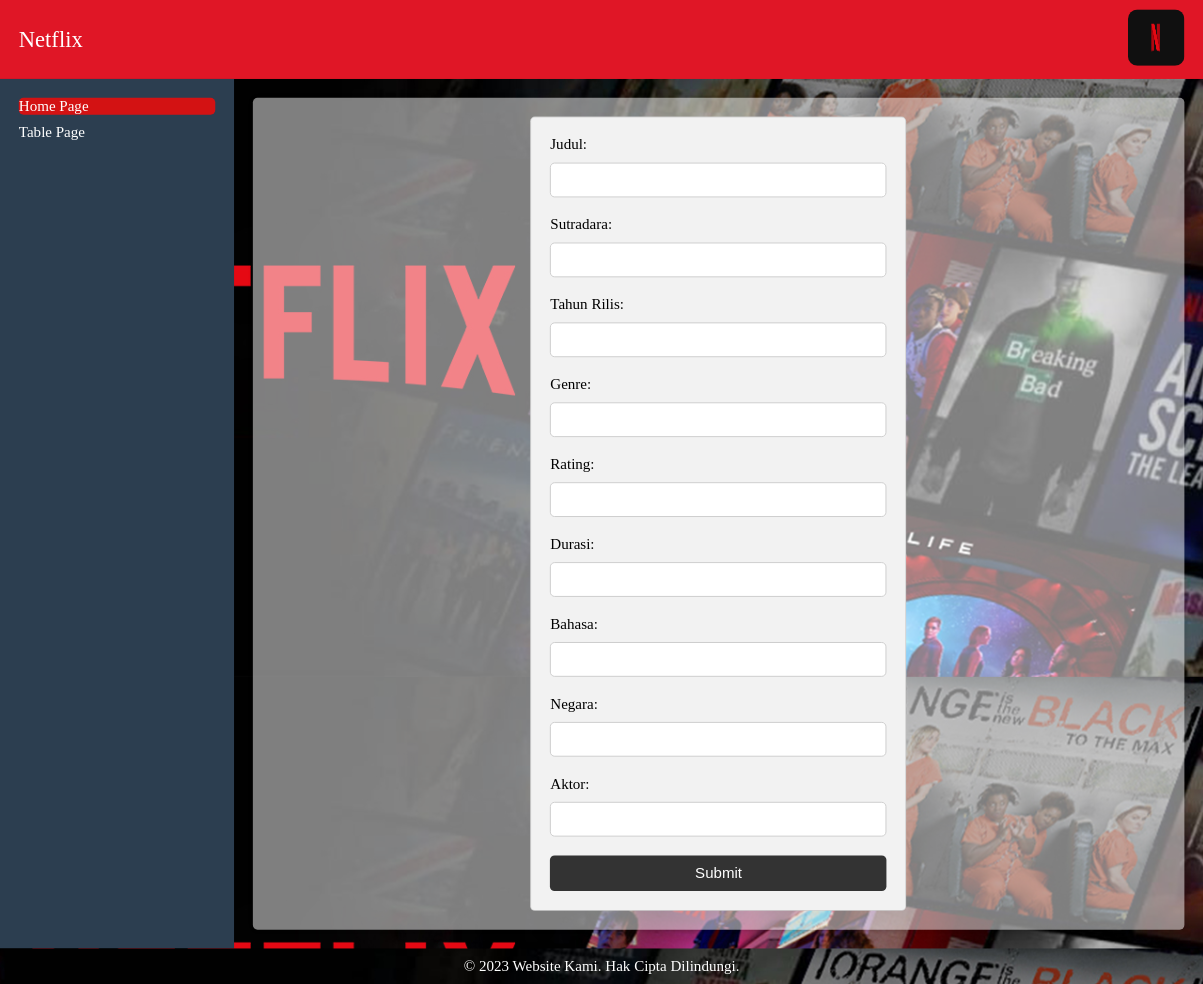
Repository: Nachtt-2021/12140022.github.io
Page: UTS/form.html
An editor plug-in stored every save of this project. The page is shown before and after the next save, followed by the edit.
The browser window is 1280 px wide. The pictures show the whole page, at 94% of full size.
The pointer rests on the first visible `.sidebar .menu`.

Above is the page before, as saved 2023-10-22 20:38:28.

### UTS/form.html
<!DOCTYPE html>
<html lang="en">

<head>
    <meta charset="UTF-8">
    <meta name="viewport" content="width=device-width, initial-scale=1.0">
    <link rel="stylesheet" href="./publik/form.css">
    <title>Netflix | Login </title>
</head>

<body>
    <header class="header">
        <div class="title">
            <a href="./index.html">Netflix</a>
        </div>
        <div class="logo">
            <a href="https://www.netflix.com/id/">
                <img src="./publik/Netflixs.jpg" alt="itera">
            </a>
        </div>
    </header>
    <div class="body">
        <div class="sidebar">
            <nav class="navbar">
                <li><a href="index.html" class="menu">Home Page</a></li>
                <li><a href="table.html" class="menu">Table Page</a></li>
            </nav>
        </div>

        <div class="konten form">
            <form id="filmForm">
                <label for="title">Judul:</label>
                <input type="text" id="title" name="title" required><br>

                <label for="director">Sutradara:</label>
                <input type="text" id="director" name="director" required><br>

                <label for="releaseYear">Tahun Rilis:</label>
                <input type="text" id="releaseYear" name="releaseYear" required><br>

                <label for="genre">Genre:</label>
                <input type="text" id="genre" name="genre" required><br>

                <label for="rating">Rating:</label>
                <input type="text" id="rating" name="rating" required><br>

                <label for="duration">Durasi:</label>
                <input type="text" id="duration" name="duration" required><br>

                <label for="language">Bahasa:</label>
                <input type="text" id="language" name="language" required><br>

                <label for="country">Negara:</label>
                <input type="text" id="country" name="country" required><br>

                <label for="actors">Aktor:</label>
                <input type="text" id="actors" name="actors" required><br>

                <button type="submit">Submit</button>
            </form>

        </div>
    </div>
    <footer class="footer">
        <p>&copy; 2023 Website Kami. Hak Cipta Dilindungi.</p>
    </footer>
</body>

</html>

### UTS/publik/form.css
* {
    margin: 0;
    padding: 0;
    box-sizing: border-box;
}

body {
    display: flex;
    flex-direction: column;
    min-height: 100vh;
    margin: 0;
    padding: 0;
    background-image: url(./bagground.jpg);
}

.header {
    background-color: #e01626;
    color: #ffffff7e;
    display: flex;
    justify-content: space-between;
    align-items: center;
    padding: 10px 20px;
}

.header .title {
    font-size: 24px;
}
.header .title a{
    color: #fff;
    text-decoration: none;
}
.header .title a:hover{
    background-color: #4aaaea;
    border-radius: 5px;
}
.header .logo img {
    width: 60px;
    height: 60px;
    border-radius: 10px;
}

.sidebar {
    background-color: #2c3e50;
    color: #fff;
    width: 20%;
    float: left;
    padding: 20px;
}

.sidebar .navbar {
    list-style: none;
}

.sidebar .menu {
    margin-bottom: 10px;
    text-decoration: none;
    color: #fff;
    display: block;
}

.sidebar .menu:hover {
    background-color: #e40e0ee8;
    border-radius: 5px;
}

.konten {
    width: 80%;
    margin: 20px;
    background-color: #ffffff7e;
    padding: 20px;
    border-radius: 5px;
    box-shadow: 0 0 5px rgba(0, 0, 0, 0.2);
}

form {
    max-width: 400px;
    margin: 0 auto;
    padding: 20px;
    background: #f2f2f2;
    border: 1px solid #ccccccdc;
    border-radius: 5px;
}

label {
    display: block;
    margin-bottom: 10px;
}

input[type="text"] {
    width: 100%;
    padding: 10px;
    margin-bottom: 20px;
    border: 1px solid #ccc;
    border-radius: 5px;
}

button[type="submit"] {
    display: block;
    width: 100%;
    padding: 10px;
    background: #333;
    color: #fff;
    border: none;
    border-radius: 5px;
    cursor: pointer;
    font-size: 16px;
}

button[type="submit"]:hover {
    background: #555;
}

.body {
    flex-grow: 1;
    display: flex;
}

.footer {
    margin-top: auto;
    background-color: #e01626;
    color: #fff;
    text-align: center;
    padding: 10px 0;
    background-image: url(./bagground.jpg);
}

@media (max-width: 768px) {
    .sidebar {
        width: 100%;
    }
}

After the next save:
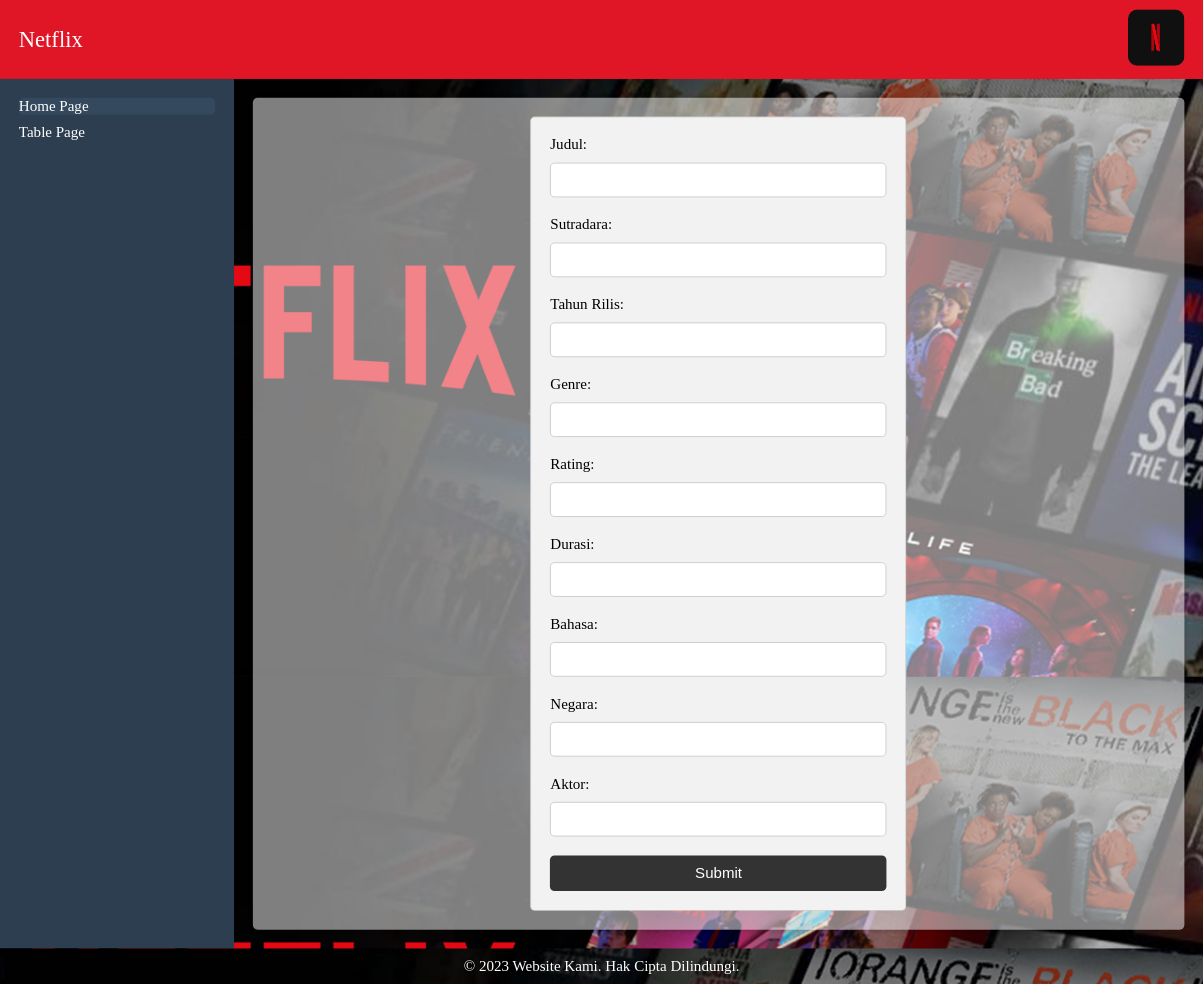
Saved 29 s later.
--- a/UTS/publik/form.css
+++ b/UTS/publik/form.css
@@ -59,7 +59,7 @@
 }
 
 .sidebar .menu:hover {
-    background-color: #e40e0ee8;
+    background-color: #34495e;
     border-radius: 5px;
 }
 
